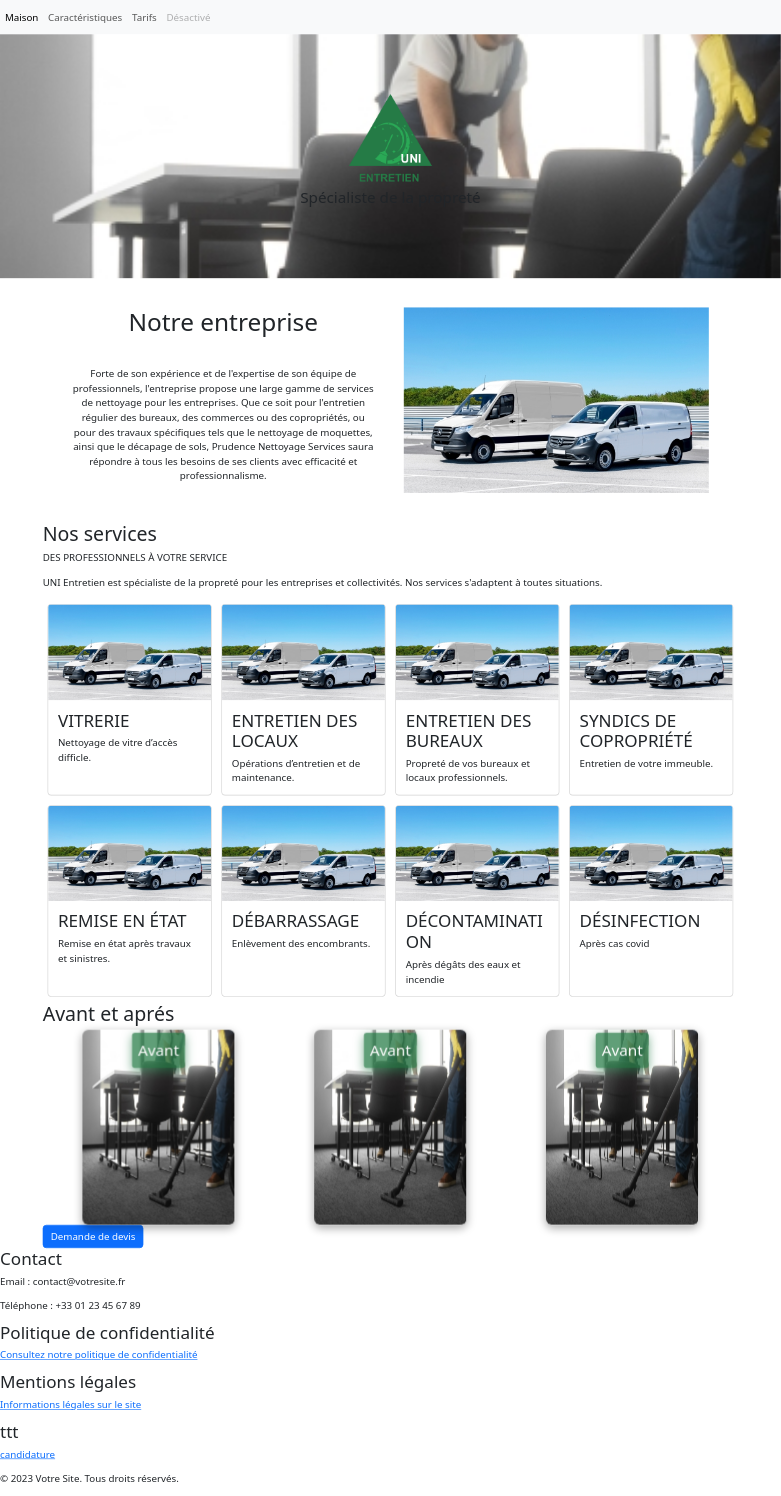
Repository: tomrib/site-UNI
Page: http://localhost/
An editor plug-in stored every save of this project. The page is shown before and after a run of saves, followed by the edit.
The browser window is 1280 px wide. The pictures show the whole page, at 61% of full size.
The page is run by PHP 8.4 with error messages shown; the project is at /var/www/html/.

Above is the page before, as saved 2023-12-01 10:18:37.

After the next 2 saves:
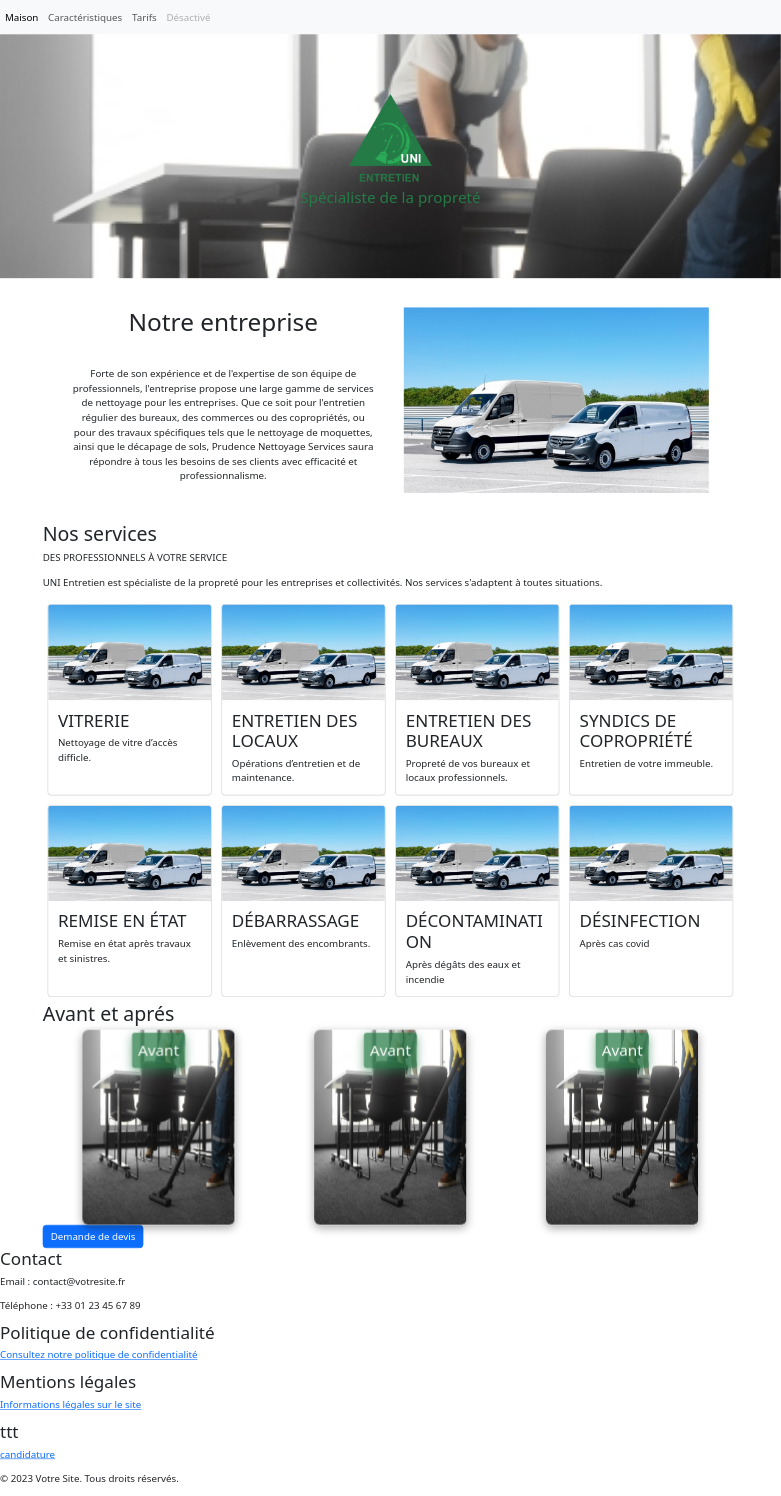
The 2 saves are shown as one change because they came seconds apart.
The last was saved 30 s later.
--- a/assets/css/style.css
+++ b/assets/css/style.css
@@ -22,7 +22,7 @@
 }
 .displayLogo p {
     font-size: 25px;
-    color: ;
+    color: #257b46;
 }
 
 .headLogo{
